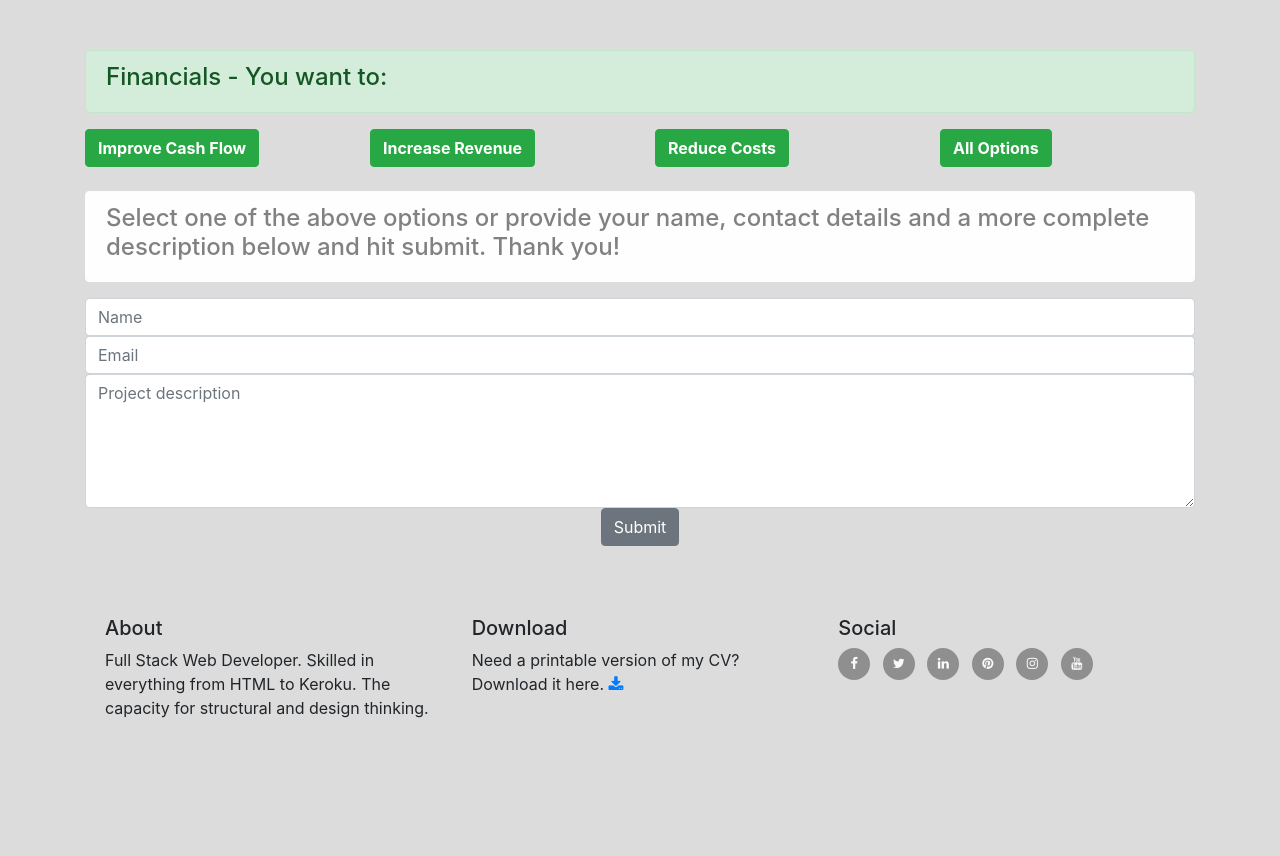
Repository: Code-Institute-Submissions/tenerim-milestone1
Page: Leadership.html
The author's editor kept a record of every edit. The page is drawn from the files as they stood at one moment, then again after the next edit.
The browser window is 1280 px wide. The pictures show the whole page.

Above is the page before.

### Leadership.html
<!DOCTYPE html>
<html lang="en">

<head>
    <meta charset="UTF-8">
    <meta name="viewport" content="width=device-width, initial-scale=1.0">
    <meta http-equiv="X-UA-Compatible" content="ie=edge">
    <link rel="stylesheet" href="https://stackpath.bootstrapcdn.com/bootstrap/4.3.1/css/bootstrap.min.css" type="text/css" />
    <link href="https://stackpath.bootstrapcdn.com/bootstrap/4.3.1/css/bootstrap.min.css" rel="stylesheet" integrity="sha384-ggOyR0iXCbMQv3Xipma34MD+dH/1fQ784/j6cY/iJTQUOhcWr7x9JvoRxT2MZw1T" crossorigin="anonymous">
    <link rel="stylesheet" href="https://stackpath.bootstrapcdn.com/font-awesome/4.7.0/css/font-awesome.min.css" type="text/css" />
    <link href="https://stackpath.bootstrapcdn.com/font-awesome/4.7.0/css/font-awesome.min.css" rel="stylesheet" integrity="sha384-wvfXpqpZZVQGK6TAh5PVlGOfQNHSoD2xbE+QkPxCAFlNEevoEH3Sl0sibVcOQVnN" crossorigin="anonymous">
    <link rel="stylesheet" href="assets/css/style.css" type="text/css" />
    <title>MT Milestone Project 1</title>

</head>

<!-------------------------------------------------------------Leadership -->

<section id="Leadership" ;>

    <div class="container">

        <div class="row">
            <div class="col-sm-12">
                <div class="alert alert-success" role="alert">
                    <h4 class="alert-heading">Financials - You want to:</h4>
                </div>
            </div>
        </div>

        <div class="row">

            <div class="col-sm-3">
                <button type="button" class="btn btn-success"><a href="#" class="alert-link">Improve Cash Flow</a></button> <br />
            </div>
            <div class="col-sm-3">
                <button type="button" class="btn btn-success"><a href="#" class="alert-link">Increase Revenue</a></button> <br />
            </div>
            <div class="col-sm-3">
                <button type="button" class="btn btn-success"><a href="#" class="alert-link">Reduce Costs</a></button> <br />
            </div>
            <div class="col-sm-3">
                <button type="button" class="btn btn-success"><a href="#" class="alert-link">All Options</a></button> <br /> <br />
            </div>
        </div>

        <div class="alert alert-light" role="alert">
            <h4 class="alert-heading">Select one of the above options or provide your name, contact details and a more complete description below and hit submit. Thank you!</h4>
        </div>

        <div class="center-form">
            <form>
                <input type="text" name="name" id="fullname" class="form-control" placeholder="Name" required />
                <input type="email" name="email" id="emailaddress" class="form-control" placeholder="Email" required />
                <textarea rows="5" name="projectsummary" id="projectsummary" class="form-control" placeholder="Project description" required></textarea>
                <div class="form-row text-center">
                    <div class="col">
                        <button type="submit" class="btn btn-secondary">Submit</button>
                    </div>
                </div>
            </form>
        </div>

    </div>




    <!-------------------------------------------------------------Footer -->

    <section id="footer" ;>

        <footer class="container">
            <div id="footer-details" class="row">
                <div class="col-sm-4">
                    <h5 class="uppercase general-sub">About</h5>
                    <p class "inline-block">
                        Full Stack Web Developer. Skilled in everything from HTML to Keroku. The capacity for structural and design thinking.</p>
                </div>
                <div class="col-sm-4">
                    <h5 class="uppercase general-sub">Download</h5>
                    <p class "inline-block">
                        Need a printable version of my CV? Download it here.
                        <a href="assets/CV/sample-cv.pdf" target="_blank" class="cv-pdf">
                <i class="fa fa-download" aria-hidden="true"></i>
                <span class="sr-only">Download link.</span>
            </a>
                    </p>
                </div>
                <div class="col-sm-4">
                    <h5 class="uppercase general-sub">Social</h5>
                    <ul class="list-inline social-links">
                        <li class="list-inline-item">
                            <a target="_blank" href="#">
                            <i class="fa fa-facebook" aria-hidden="true"></i>
                            <span class="sr-only">Facebook</span>
                        </a>
                        </li>
                        <li class="list-inline-item">
                            <a target="_blank" href="#">
                            <i class="fa fa-twitter" aria-hidden="true"></i>
                            <span class="sr-only">twitter</span>
                        </a>
                        </li>
                        <li class="list-inline-item">
                            <a target="_blank" href="#">
                            <i class="fa fa-linkedin" aria-hidden="true"></i>
                            <span class="sr-only">LinkedIn</span>
                        </a>
                        </li>
                        </li>
                        <li class="list-inline-item">
                            <a target="_blank" href="#">
                            <i class="fa fa-pinterest" aria-hidden="true"></i>
                            <span class="sr-only">Pinterest</span>
                        </a>
                        </li>
                        </li>
                        <li class="list-inline-item">
                            <a target="_blank" href="#">
                            <i class="fa fa-instagram" aria-hidden="true"></i>
                            <span class="sr-only">Instagram</span>
                        </a>
                        </li>
                        </li>
                        <li class="list-inline-item">
                            <a target="_blank" href="#">
                            <i class="fa fa-youtube" aria-hidden="true"></i>
                            <span class="sr-only">YouTube</span>
                        </a>
                        </li>
                    </ul>
                </div>
            </div>
        </footer>

</section>

### assets/css/style.css
.container-fluid {
    background-color: rgb(220, 220, 220);
}

section {
    background-color: rgb(220, 220, 220);
    padding-top: 50px;
    padding-bottom: 50px;
}

.splash {
    background-color: rgb(192, 192, 192);
}


.display-4 {
    padding-top: 50px;
}


.lead {
    padding-bottom: 50px;
}


.headbox {
    border-radius: 25px;
    border: 2px solid #73AD21;
    padding: 10px;
    text-align: center;
    width: 200px;

}

h4 {
    color: rgb(255, 255, 255);
}


.alert-link {

color: rgb(255, 255, 255);
}

/*--------------------------------------How I Got Here-----*/

.timeline-item {
    padding: 0em 1em 1em 1em;
    border-left: 1px solid;
}

.timeline-item:before {
    content: attr(data-dates);
    left: 2.5em;
    top: 3em;
    display: block;
    font-weight: 500;
    font-size: 1em;
    color: #fafafa;
}

.timeline-item:after {
    width: 12px;
    height: 12px;
    display: block;
    top: -3em;
    position: relative;
    left: -23px;
    border-radius: 12px;
    content: "";
    background: #fafafa;
}


/*--------------------------------------Contact-----*/

.contact {
  position: relative;
  text-align: center;
  color: white;
}


.top-left {
  position: absolute;
  top: 8px;
  left: 16px;
}




/*--------------------------------------Footer-----*/

.social-links {
    padding-bottom: 15px;
}

.social-links li a i {
    width: 32px;
    height: 32px;
    padding: 12px 0;
    border-radius: 50%;
    font-size: 13px;
    line-height: 7px;
    text-align: center;
    color: #fafafa;
    background: #8f8f8f;
    transition: all 0.35s ease-in-out;
    -moz-transition: all 0.35s ease-in-out;
    -webkit-transition: all 0.35s ease-in-out;
    -o-transition: all 0.35s ease-in-out;
}

.social-links li a i:hover {
    background: #e84610;
}

#footer-details {
    padding: 20px;
}

After the next edit:
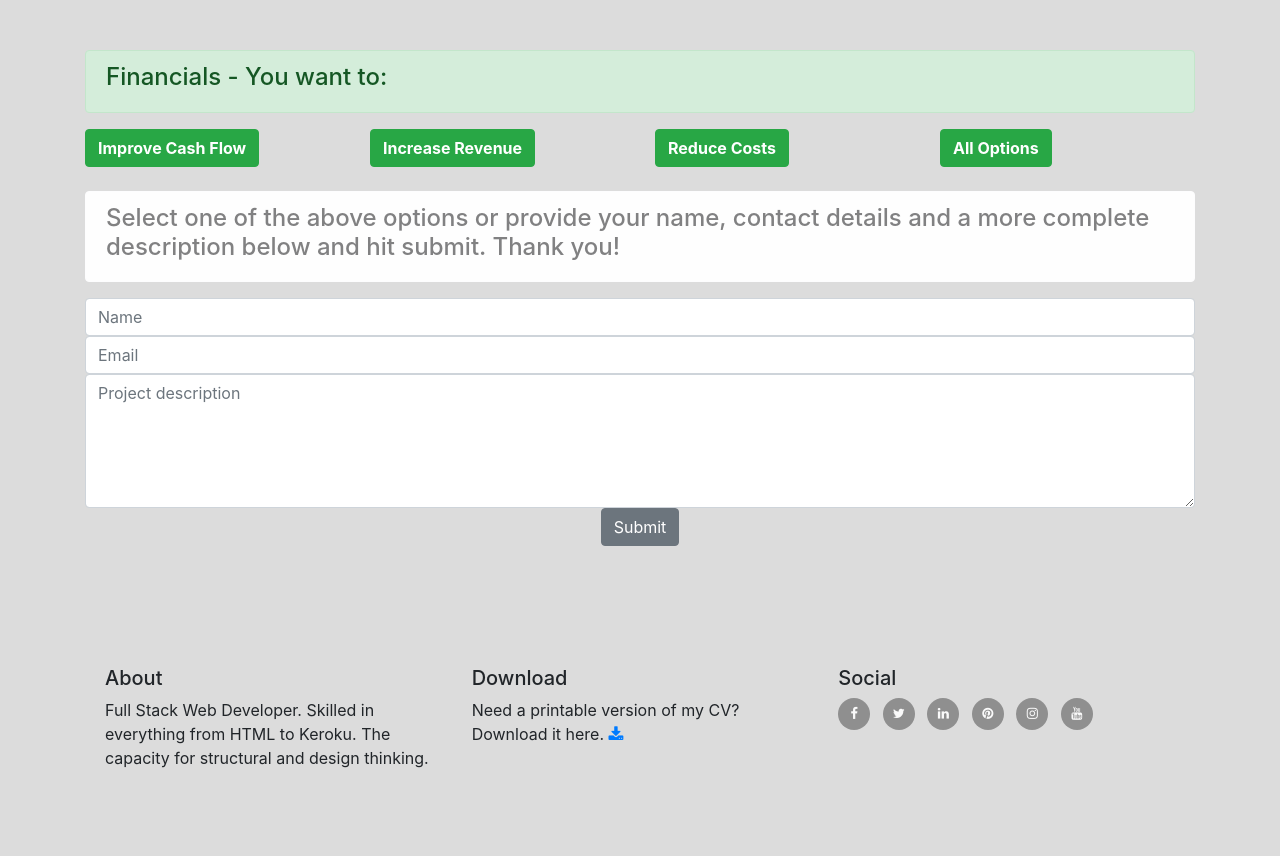
The edit:
--- a/Leadership.html
+++ b/Leadership.html
@@ -63,75 +63,75 @@
 
     </div>
 
+</section>
 
 
+<!-------------------------------------------------------------Footer -->
 
-    <!-------------------------------------------------------------Footer -->
+<section id="footer" ;>
 
-    <section id="footer" ;>
-
-        <footer class="container">
-            <div id="footer-details" class="row">
-                <div class="col-sm-4">
-                    <h5 class="uppercase general-sub">About</h5>
-                    <p class "inline-block">
-                        Full Stack Web Developer. Skilled in everything from HTML to Keroku. The capacity for structural and design thinking.</p>
-                </div>
-                <div class="col-sm-4">
-                    <h5 class="uppercase general-sub">Download</h5>
-                    <p class "inline-block">
-                        Need a printable version of my CV? Download it here.
-                        <a href="assets/CV/sample-cv.pdf" target="_blank" class="cv-pdf">
+    <footer class="container">
+        <div id="footer-details" class="row">
+            <div class="col-sm-4">
+                <h5 class="uppercase general-sub">About</h5>
+                <p class "inline-block">
+                    Full Stack Web Developer. Skilled in everything from HTML to Keroku. The capacity for structural and design thinking.</p>
+            </div>
+            <div class="col-sm-4">
+                <h5 class="uppercase general-sub">Download</h5>
+                <p class "inline-block">
+                    Need a printable version of my CV? Download it here.
+                    <a href="assets/CV/sample-cv.pdf" target="_blank" class="cv-pdf">
                 <i class="fa fa-download" aria-hidden="true"></i>
                 <span class="sr-only">Download link.</span>
             </a>
-                    </p>
-                </div>
-                <div class="col-sm-4">
-                    <h5 class="uppercase general-sub">Social</h5>
-                    <ul class="list-inline social-links">
-                        <li class="list-inline-item">
-                            <a target="_blank" href="#">
+                </p>
+            </div>
+            <div class="col-sm-4">
+                <h5 class="uppercase general-sub">Social</h5>
+                <ul class="list-inline social-links">
+                    <li class="list-inline-item">
+                        <a target="_blank" href="#">
                             <i class="fa fa-facebook" aria-hidden="true"></i>
                             <span class="sr-only">Facebook</span>
                         </a>
-                        </li>
-                        <li class="list-inline-item">
-                            <a target="_blank" href="#">
+                    </li>
+                    <li class="list-inline-item">
+                        <a target="_blank" href="#">
                             <i class="fa fa-twitter" aria-hidden="true"></i>
                             <span class="sr-only">twitter</span>
                         </a>
-                        </li>
-                        <li class="list-inline-item">
-                            <a target="_blank" href="#">
+                    </li>
+                    <li class="list-inline-item">
+                        <a target="_blank" href="#">
                             <i class="fa fa-linkedin" aria-hidden="true"></i>
                             <span class="sr-only">LinkedIn</span>
                         </a>
-                        </li>
-                        </li>
-                        <li class="list-inline-item">
-                            <a target="_blank" href="#">
+                    </li>
+                    </li>
+                    <li class="list-inline-item">
+                        <a target="_blank" href="#">
                             <i class="fa fa-pinterest" aria-hidden="true"></i>
                             <span class="sr-only">Pinterest</span>
                         </a>
-                        </li>
-                        </li>
-                        <li class="list-inline-item">
-                            <a target="_blank" href="#">
+                    </li>
+                    </li>
+                    <li class="list-inline-item">
+                        <a target="_blank" href="#">
                             <i class="fa fa-instagram" aria-hidden="true"></i>
                             <span class="sr-only">Instagram</span>
                         </a>
-                        </li>
-                        </li>
-                        <li class="list-inline-item">
-                            <a target="_blank" href="#">
+                    </li>
+                    </li>
+                    <li class="list-inline-item">
+                        <a target="_blank" href="#">
                             <i class="fa fa-youtube" aria-hidden="true"></i>
                             <span class="sr-only">YouTube</span>
                         </a>
-                        </li>
-                    </ul>
-                </div>
+                    </li>
+                </ul>
             </div>
-        </footer>
+        </div>
+    </footer>
 
 </section>
